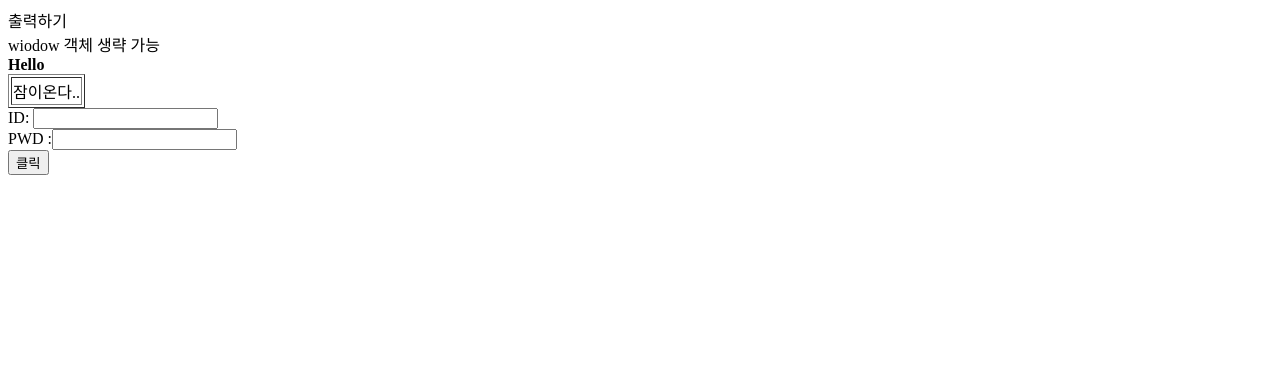
Repository: poomshen/team_03_project2
Page: JavaScript/WebContent/Ex02_ScriptBasic.html
These files come from the project's save history. The page is drawn as it stood at one moment and after the next save; the edit follows.
The browser window is 1280 px wide. The pictures show the whole page.

Above is the page before, as saved 2016-08-30 01:49:20.

After the next save:
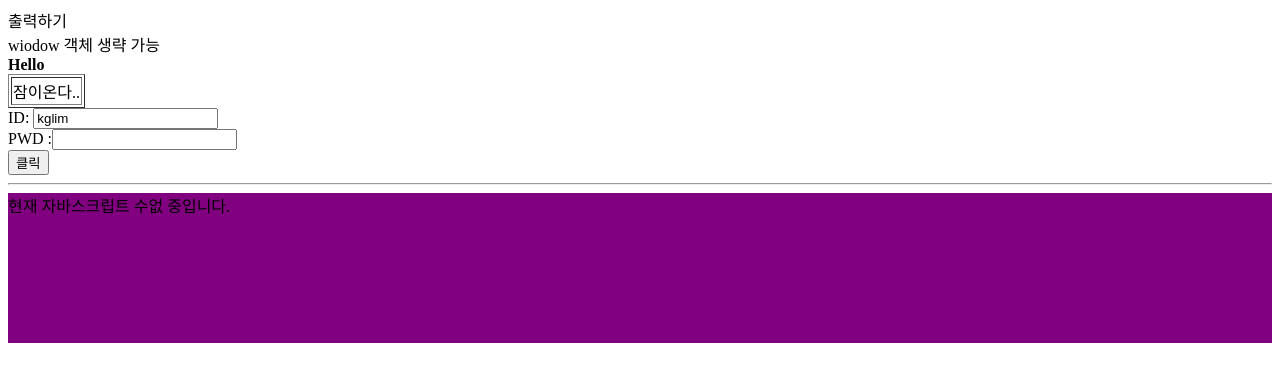
Saved 2 min 25 s later.
--- a/JavaScript/WebContent/Ex02_ScriptBasic.html
+++ b/JavaScript/WebContent/Ex02_ScriptBasic.html
@@ -30,6 +30,11 @@ console.log(100+100);
 		PWD :<input type="password" name="pwd"><br>
 		<input type="submit" value="클릭">
 	</form>
+	<hr>
+	<div style="background-color: purple; white:200px; height: 150px;">
+		  현재 자바스크립트 수없 중입니다.
+	</div>
+
 	<script type="text/javascript">
 	var element = window.document.forms[0].elements[0];
 	console.log(element);
@@ -47,11 +52,13 @@ console.log(100+100);
 	console.log("userid value :"+value);
 
 
-	if(value.length < 10){
+	/* if(value.length < 10){
 		alert("id 다시 입력해");
 		ele.value ="";
-	}
+	} */
 	console.log("문자값  :" + document.myform.userid.value);
+
+
 	</script>
 </body>
 </html>
